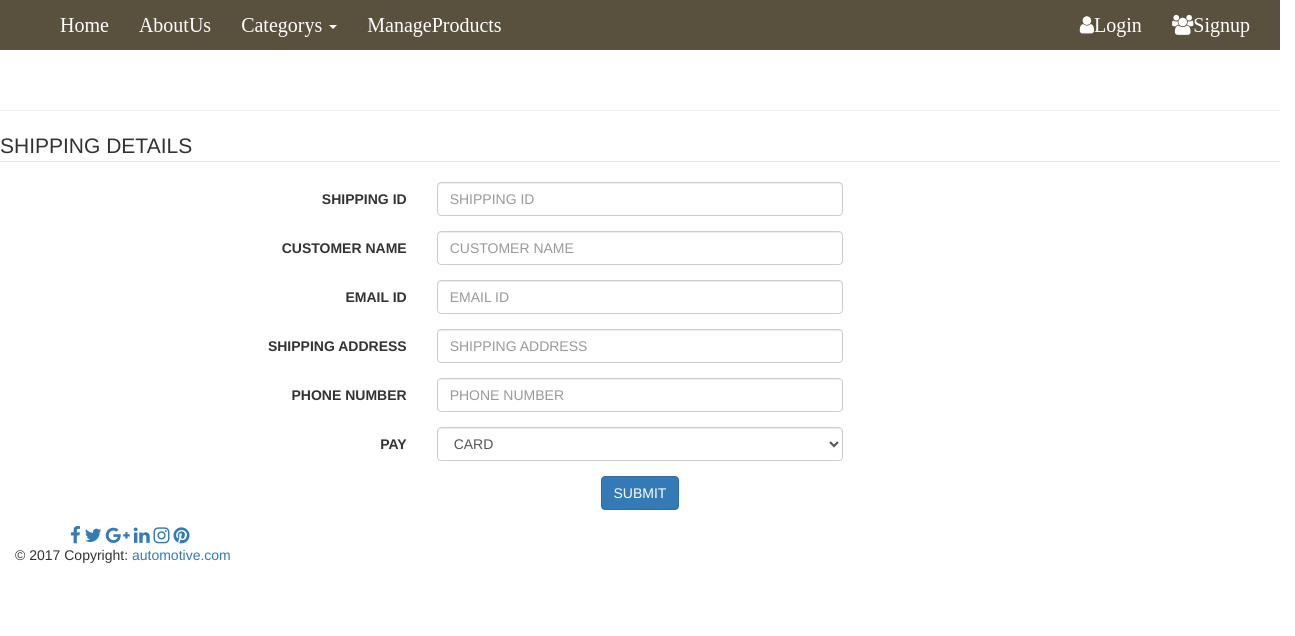
Repository: kavintech/DTProject
Page: http://localhost/Ecommerce_frontend/WEB-INF/views/customerdetails.jsp
The author's editor kept a copy of each file at every save. The page is drawn from the files as they stood at one save, then again after the next save.
The browser window is 1280 px wide. The page is 1295 px wide, so the pictures cover 1295 px, including what lies to the right of the window. The pictures show the whole page.
Some web libraries are served in a nearby version. The page is served by Tomcat 9. Nobody is signed in. The template is opened directly, without the code that normally fills it, so the values that code supplies are empty.

Above is the page before, as saved 2017-12-09 07:13:05.
Console error: SyntaxError: Unexpected token '{'

After the next save:
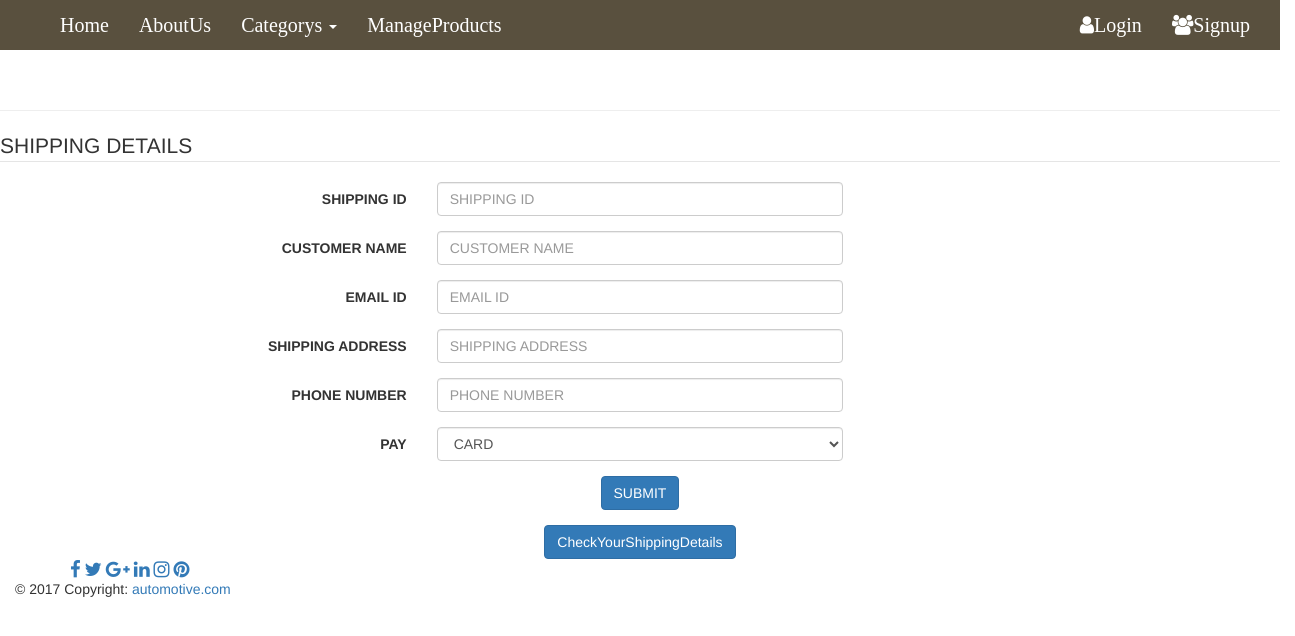
Saved 112 s later.
--- a/Ecommerce_frontend/src/main/webapp/WEB-INF/views/customerdetails.jsp
+++ b/Ecommerce_frontend/src/main/webapp/WEB-INF/views/customerdetails.jsp
@@ -99,7 +99,7 @@
 
               <center>
 
-
+                <a href="thankyoupage"><button class="btn btn-primary">CheckYourShippingDetails</button></a>
 
                 </center>
 
